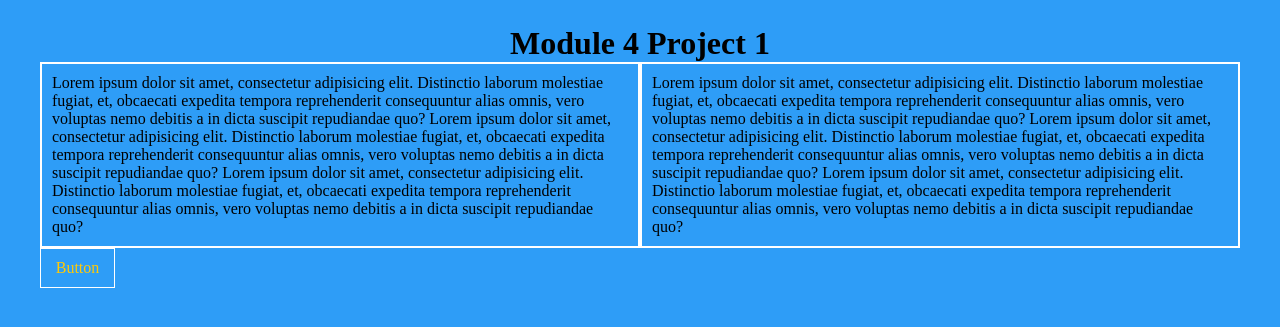
Repository: mlmEFSC21/P6-External-Style-Sheet
Page: index.html
An editor plug-in stored every save of this project. The page is shown before and after the next save, followed by the edit.
The browser window is 1280 px wide. The pictures show the whole page.

Above is the page before, as saved 2022-02-09 20:38:37.

After the next save:
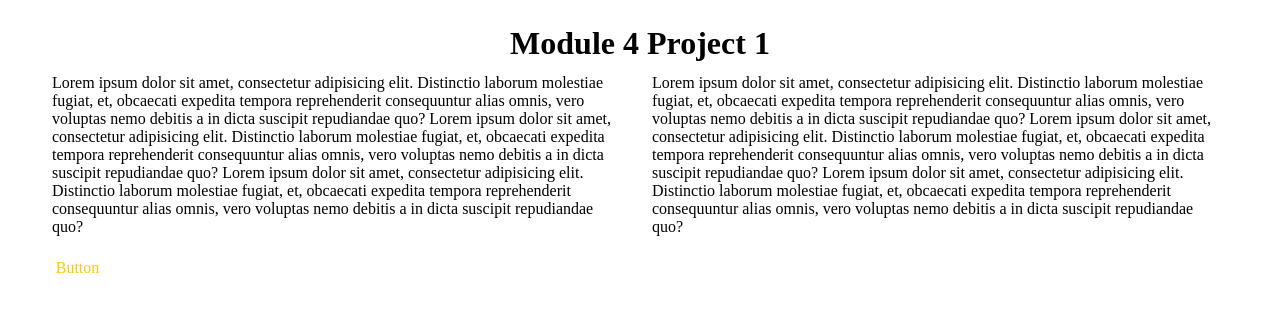
Saved 5 min 54 s later.
--- a/Styles.css
+++ b/Styles.css
@@ -1,6 +1,7 @@
 :root {
     /* --clr-font: black; */
-    --clr-background: #2e9df7;
+    --clr-background: #fff9e6
+    --clr-buttonBG: #2e9df7;
     --clr-button: #ffc907;
 }
 *,
